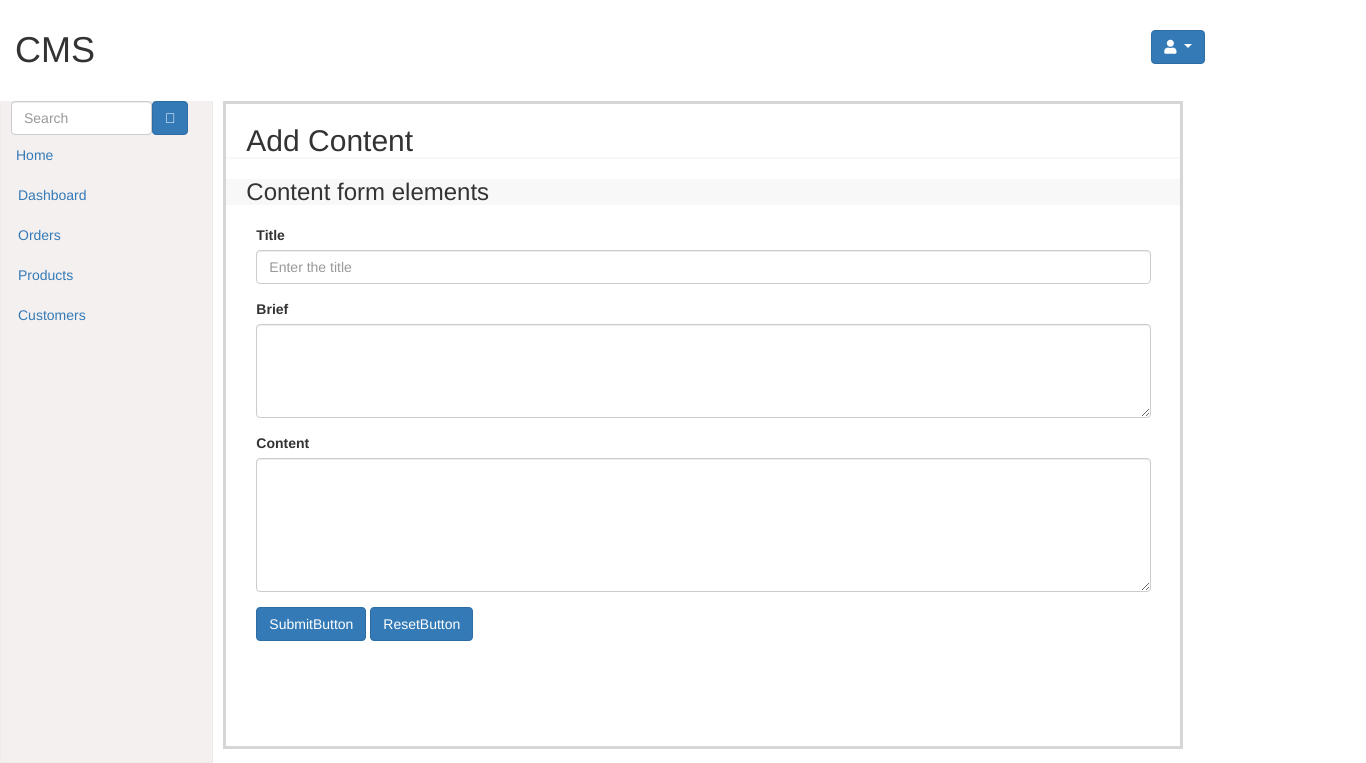
Repository: NgocNB20/travel
Page: NgocNb20_assigment8_9/edit.html
These files come from the project's save history. The page is drawn as it stood at one moment and after the next save; the edit follows.
The browser window is 1280 px wide. The page is 1366 px wide, so the pictures cover 1366 px, including what lies to the right of the window. The pictures show the whole page.
Some web libraries are served in a nearby version.

Above is the page before, as saved 2021-10-06 00:18:59.

After the next save:
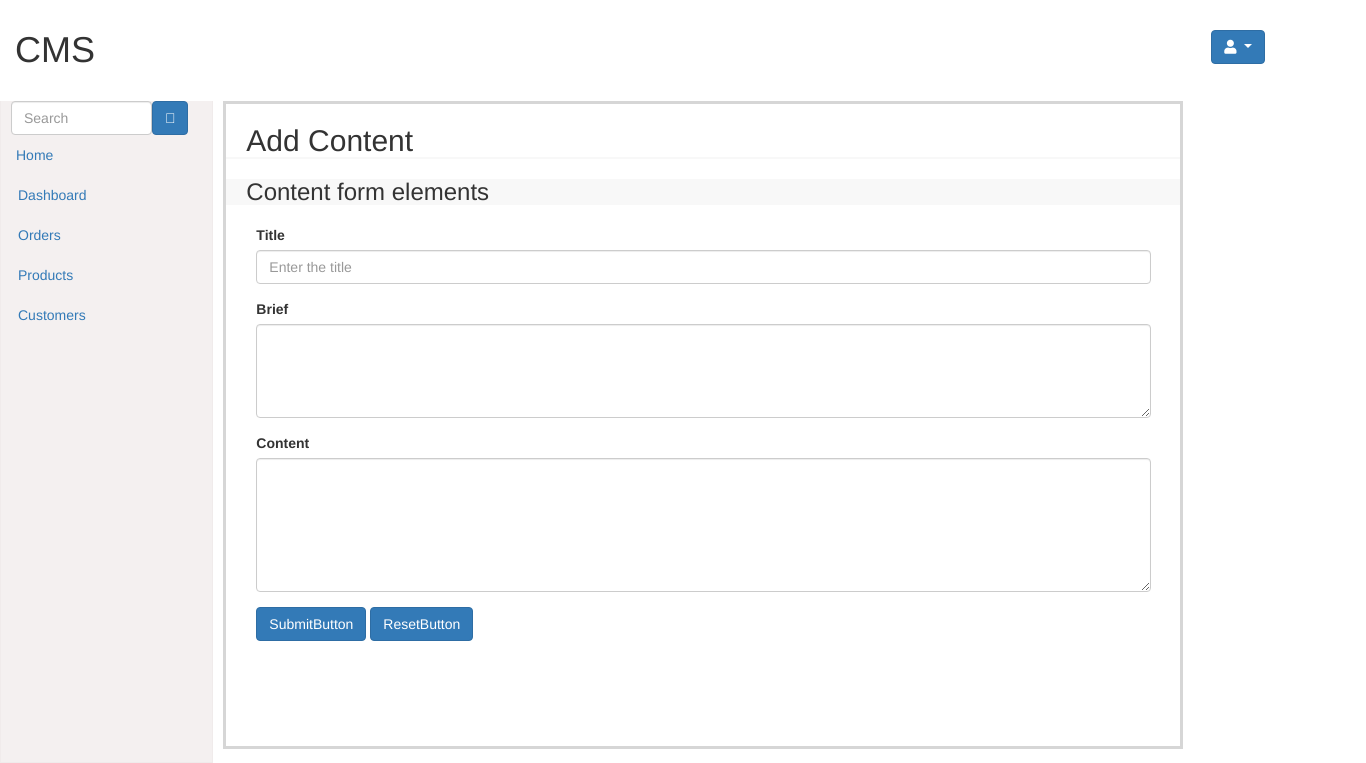
Saved 115 s later.
--- a/NgocNb20_assigment8_9/edit.css
+++ b/NgocNb20_assigment8_9/edit.css
@@ -94,7 +94,7 @@ h1.page-header {
     text-align: left;
 }
 .btn-group {
-    margin-right: 6rem;
+    margin-right: 0rem;
 }
 .dropdown-menu {
     position: absolute;
